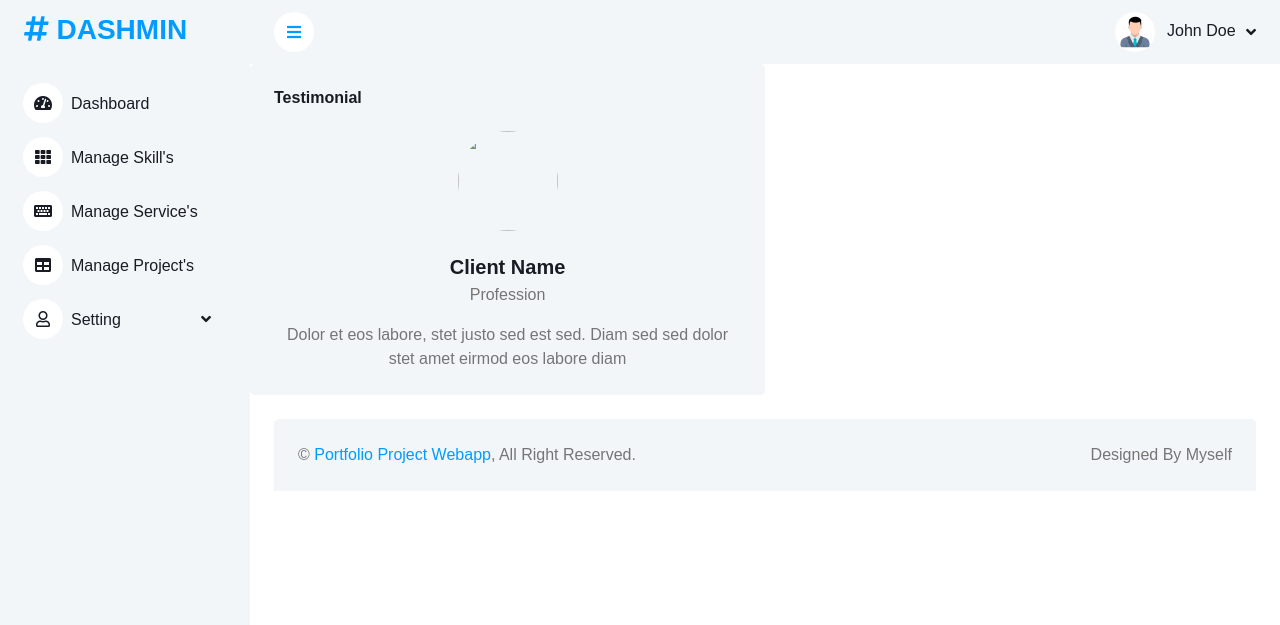
Repository: h4fizm/management-portfolio-project-webapp
Page: http://localhost/profile
An editor plug-in stored every save of this project. The page is shown before and after the next save, followed by the edit.
The browser window is 1280 px wide. The pictures show the whole page.
Some web fonts or font styles are not loaded; a fallback is used. Some web libraries are served in a nearby version. The page is served by the project's Laravel application, run on PHP 8.4 with Laravel 12. A made-up administrator, Test User (test@example.com), is signed in.

Above is the page before, as saved 2025-01-15 02:59:31.
Console error: TypeError: Cannot read properties of undefined (reading 'getContext')

After the next save:
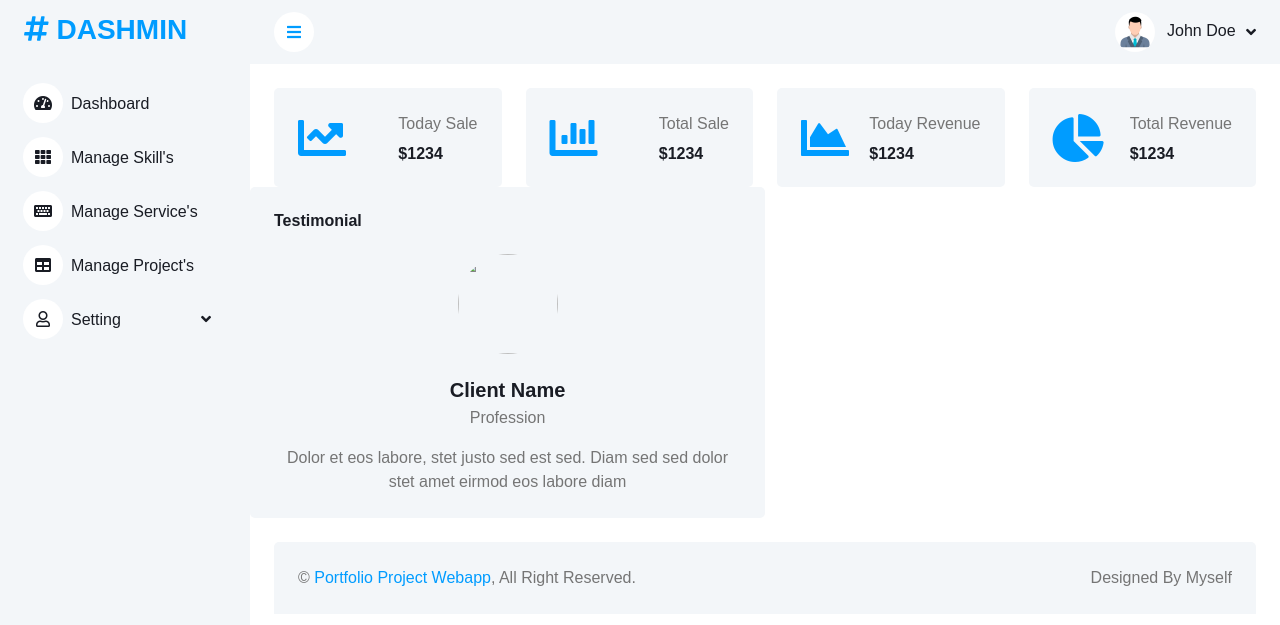
Saved 79 s later.
--- a/resources/views/menu/profile.blade.php
+++ b/resources/views/menu/profile.blade.php
@@ -1,6 +1,46 @@
 @extends('MainPage')
 @section('title', 'User Profile')
 @section('content')
+<div class="container-fluid pt-4 px-4">
+    <div class="row g-4">
+        <div class="col-sm-6 col-xl-3">
+            <div class="bg-light rounded d-flex align-items-center justify-content-between p-4">
+                <i class="fa fa-chart-line fa-3x text-primary"></i>
+                <div class="ms-3">
+                    <p class="mb-2">Today Sale</p>
+                    <h6 class="mb-0">$1234</h6>
+                </div>
+            </div>
+        </div>
+        <div class="col-sm-6 col-xl-3">
+            <div class="bg-light rounded d-flex align-items-center justify-content-between p-4">
+                <i class="fa fa-chart-bar fa-3x text-primary"></i>
+                <div class="ms-3">
+                    <p class="mb-2">Total Sale</p>
+                    <h6 class="mb-0">$1234</h6>
+                </div>
+            </div>
+        </div>
+        <div class="col-sm-6 col-xl-3">
+            <div class="bg-light rounded d-flex align-items-center justify-content-between p-4">
+                <i class="fa fa-chart-area fa-3x text-primary"></i>
+                <div class="ms-3">
+                    <p class="mb-2">Today Revenue</p>
+                    <h6 class="mb-0">$1234</h6>
+                </div>
+            </div>
+        </div>
+        <div class="col-sm-6 col-xl-3">
+            <div class="bg-light rounded d-flex align-items-center justify-content-between p-4">
+                <i class="fa fa-chart-pie fa-3x text-primary"></i>
+                <div class="ms-3">
+                    <p class="mb-2">Total Revenue</p>
+                    <h6 class="mb-0">$1234</h6>
+                </div>
+            </div>
+        </div>
+    </div>
+</div>
 <div class="col-sm-12 col-xl-6">
     <div class="bg-light rounded h-100 p-4">
         <h6 class="mb-4">Testimonial</h6>
